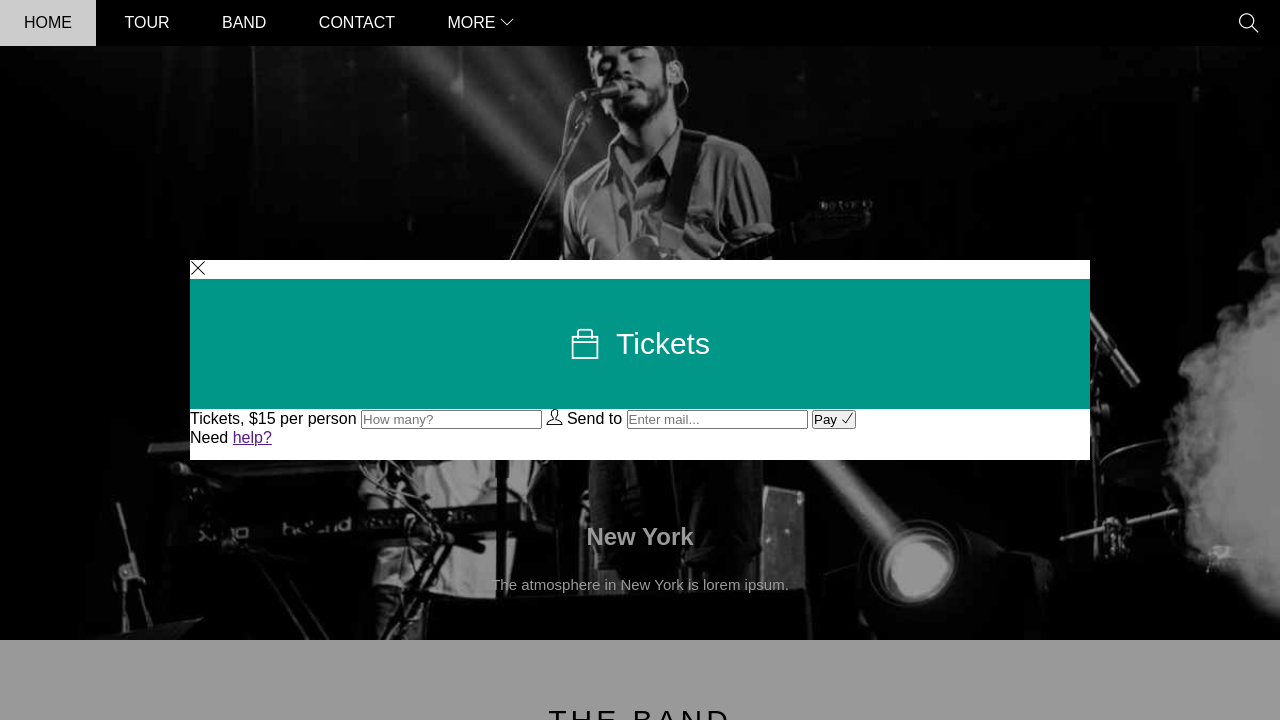
Repository: maivannhan1998/git-w3band
Page: index.html
These files come from the project's save history. The page is drawn as it stood at one moment and after the next save; the edit follows.
The browser window is 1280 px wide. The pictures show the window.
A layer covers the whole window, so only the first screen is drawn.

Above is the page before, as saved 2021-09-06 19:58:12.

### index.html
<!DOCTYPE html>
<html lang="en">
<head>
    <meta charset="UTF-8">
    <meta http-equiv="X-UA-Compatible" content="IE=edge">
    <meta name="viewport" content="width=device-width, initial-scale=1.0">
    <title>Document</title>
    <link rel="stylesheet" href="./asset/css/style.css">
    <link rel="stylesheet" href="./asset/fontss/themify-icons/themify-icons.css">
</head>
<body>
    <div id="main">
        <div id="header">
            <!-- Begin: nav -->
            <ul id="nav">
                <li><a href="">Home</a></li>
                <li><a href="">Tour</a></li>
                <li><a href="">Band</a></li>
                <li><a href="">Contact</a></li>
                <li><a href="">
                    More
                    <i class="nav-arrow-down ti-angle-down"></i>
                </a>
                    <ul class="subnav">
                        <li><a href="">Merchandise</a></li>
                        <li><a href="">Extras</a></li>
                        <li><a href="">Media</a></li>
                    </ul>
                </li>
            </ul>
            <!-- End: nav -->

            <!-- Begin: Search button -->
            <div class="search-btn">
                <i class="search-icon ti-search"></i>
            </div>
            <!-- End: Search button -->


        </div>

        <div id="slider">
            <div class="text-content">
                <h2 class="text-heading">New York</h2>
                <div class="text-des">The atmosphere in New York is lorem ipsum.</div>
            </div>
        </div>

        <div id="content">
            <!-- About section -->
            <div class="content-section">
                <h2 class="heading-section">THE BAND</h2>
                <p class="heading-sub-section">We love music</p>
                <p class="about-text">We have created a fictional band website. Lorem ipsum dolor sit amet, consectetur adipiscing elit, sed do eiusmod tempor incididunt ut labore et dolore magna aliqua. Ut enim ad minim veniam, quis nostrud exercitation ullamco laboris nisi ut aliquip ex ea commodo consequat. Duis aute irure dolor in reprehenderit in voluptate velit esse cillum dolore eu fugiat nulla pariatur. Excepteur sint occaecat cupidatat non proident, sunt in culpa qui officia deserunt mollit anim id est laborum consectetur adipiscing elit, sed do eiusmod tempor incididunt ut labore et dolore magna aliqua. Ut enim ad minim veniam, quis nostrud exercitation ullamco laboris nisi ut aliquip ex ea commodo consequat.</p>
                <div class="row members-list">
                    <div class="col col-third text-center">
                         <p class="member-name">Name</p>
                         <img src="/asset/img/band/member1.jpg" alt="Name" class="member-img">
                    </div>
                    <div class="col col-third text-center">
                        <p class="member-name">Name</p>
                        <img src="/asset/img/band/member1.jpg" alt="Name" class="member-img">
                   </div>
                   <div class="col col-third text-center">
                        <p class="member-name">Name</p>
                        <img src="/asset/img/band/member1.jpg" alt="Name" class="member-img">
                    </div>


                </div>
            </div>

            <!--Tour section  -->
            <div class="tour-section">

                <div class="content-section">
                    <h2 class="heading-section text-white">TOUR DATES</h2>
                    <p class="heading-sub-section text-white">Remember to book your tickets!</p>
                    <ul class="tickets-list">
                        <li>September<span class="sold-out">Sold out</span></li>
                        <li>October<span class="sold-out">Sold out</span></li>
                        <li>November<span class="quanity">3</span></li>
                    </ul>

                    <!-- Place section -->
                    <div class="row places-list">
                        <div class="col col-third ">
                            <img src="/asset/img/places/newyork.jpg" alt="New York" class="place-img">
                            <div class="place-content">
                                <h3 class="place-heading">New York</h3>
                                <p class="place-time">Fri 27 Nov 2016</p>
                                <p class="place-des">Praesent tincidunt sed tellus ut rutrum sed vitae justo.</p>
                                <a href="#" class="place-buy-btn">Buy Tickets</a>
                            </div>
                        </div>

                        <div class=" col col-third ">
                            <img src="/asset/img/places/paris.jpg" alt="Paris" class="place-img">
                            <div class="place-content">
                                <h3 class="place-heading">Paris</h3>
                                <p class="place-time">Sat 28 Nov 2016</p>
                                <p class="place-des">Praesent tincidunt sed tellus ut rutrum sed vitae justo.</p>
                                <a href="#" class="place-buy-btn">Buy Tickets</a>
                            </div>
                        </div>

                        <div class=" col col-third ">
                            <img src="/asset/img/places/sanfran.jpg" alt="San Francisco" class="place-img">
                            <div class="place-content">
                                <h3 class="place-heading">San Francisco</h3>
                                <p class="place-time">Sun 29 Nov 2016</p>
                                <p class="place-des">Praesent tincidunt sed tellus ut rutrum sed vitae justo.</p>
                                <a href="#" class="place-buy-btn">Buy Tickets</a>
                            </div>
                        </div>


                    </div>
                </div>


            </div>

            <!-- Contact section -->

            <div class="content-section">
                <h2 class="heading-section">CONTACT</h2>
                <p class="heading-sub-section">Fan? Drop a note!</p>


                <div class="row contact-content">
                    <div class="col col-half contact-info">
                           <p><i class="ti-location-pin"></i>Chicago, US</p>
                           <p><i class="ti-mobile"></i>Phone: +00 151515</p>
                           <p><i class="ti-email"></i>Email: mail@mail.com</p>
                    </div>
                    <div class="col col-half contact-form">
                        <form action="">
                            <div class="row">
                                   <div class="col col-half">
                                       <input type="text" name="" placeholder="Name" required  id="contact-name" class="form-control">
                                   </div>
                                   <div class="col col-half">
                                       <input type="email" name="" placeholder="Email" required id="contact-email" class="form-control">
                                   </div>
                                   <!-- <div class="clear"></div> -->
                            </div>
                            <div class="row mt-8">
                               <div class="col col-full">
                                   <input type="text" name="" placeholder="Message" id="contact-message" required class="form-control">
                               </div>
                            </div>
                            <input class="form-submit-btn mt-16" type="submit" value="SEND">

                        </form>
                    </div>
                </div>
            </div>

            <!-- End contact section -->

            <div class="map-section">
                <img src="./asset/img/map.jpg" alt="Map">
            </div>



        </div>

        <div id="footer">
            <div class="social-list">
                <a href=""><i class="ti-facebook"></i></a>
                <a href=""><i class="ti-instagram"></i></a>
                <a href=""><i class="ti-github"></i></a>
                <a href=""><i class="ti-pinterest"></i></a>
                <a href=""><i class="ti-twitter"></i></a>
                <a href=""><i class="ti-linkedin"></i></a>
            </div>
            <p class="copyright">Powered by <a href="">w3.css</a></p>
        </div>
    </div>

    <div class="modal">
        <div class="modal-container">
            <div class="modal-close">
                <i class="ti-close"></i>
            </div>
            <header class="modal-header">
                <i class="modal-tibag-icon ti-bag"></i>
                Tickets
            </header>

            <div class="modal-body">
                <label for="" class="modal-label">
                    <i class="ti-shoping-cart"></i>
                    Tickets, $15 per person
                </label>
                <input type="text" class="modal-input" placeholder="How many?">

                <label for="" class="modal-label">
                    <i class="ti-user"></i>
                    Send to
                </label>
                <input type="email" class="modal-input" placeholder="Enter mail...">

                <button id="buy-tickets">
                    Pay <i class="ti-check"></i>
                </button>


            </div>

            <footer class="modal-footer">
                <p class="modal-help">Need <a href="">help?</a></p>
            </footer>
        </div>
    </div>

</body>
</html>

### asset/css/style.css
/* Reset CSS*/
*{
    padding: 0;
    margin: 0;
    box-sizing: border-box;
}

/* common */

.row {
    margin-left: -8px;
    margin-right: -8px;
}

.row::after {
    content: "";
    display: block;
    clear: both;
}

.col {
    float: left;
    padding-left: 8px;
    padding-right: 8px;
}

.col-third {
    width: 33.33333%;
}

.col-half {
    width: 50%;
}

.col-full {
    width: 100%;
}

.text-center {
    text-align: center !important;
}

.clear {
    clear: both;
}

.text-white {
    color: #fff !important;
}

.mt-8 {
    margin-top: 8px;
}

.mt-16 {
    margin-top: 16px;
}

html{
    font-family: Arial, Helvetica, sans-serif;

}

#main{

}

#header{
    position: fixed;
    top: 0;
    left: 0;
    right: 0;
    height: 46px;
    background-color: #000;
    z-index: 1;
}

#nav {
    display: inline-block ;
}

#nav, .subnav {
    list-style-type: none;
}

#nav > li {
    display: inline-block;
}

#nav li{
    position: relative;

}

#nav > li > a {
    color: #fff;
    text-transform: uppercase;
}

#nav li a {
    padding: 0 24px;
    line-height: 46px;
    display: block;
    text-decoration: none;
}
#nav .subnav li:hover a,
#nav > li:hover > a {
    color: #000;
    background-color: #ccc;
}

#nav .subnav {
    display: none;
    position: absolute;
    top: 100%;
    left: 0;
    min-width: 160px;
    background-color: #fff;
    box-shadow: 0 0 10px rgba(0, 0, 0, 0.3);
}

#nav .subnav a {
    color: #000;
    background-color: #fff;
    padding: 0 12px;
    line-height: 38px;

}

#nav li:hover .subnav {
    display: block;
}

.nav-arrow-down {
    font-size: 14px;
}

#header .search-btn {
    float: right;
    padding: 0px 21px;

}

#header .search-btn:hover {
    cursor: pointer;
    background-color: #f44336;
}

#header .search-icon {
    color: #fff;
    font-size: 20px;
    line-height: 46px;
}

#slider{
   /* margin-top: 46px; */
   /* chỉ số % chiều ngang của chính nó (chiều cao lun bằng 1/2 chiều ngang) */
   position: relative;
   padding-top: 50%;
   background: url('/asset/img/slider/slider1.jpg') top center / cover no-repeat;
}

#slider .text-content {
    position: absolute;
    bottom: 47px;
    color: #fff;
    width: 100%;
    /* left: 50%;
   transform: translateX(-50%); */
   text-align: center;

}

#sider .text-heading {
    font-weight: 500;
    font-size: 24px;
}

#slider .text-des {
    font-size: 15px;
    margin-top: 25px;
}

#content{

}

#content .content-section {
    width: 800px;
   padding: 64px 0 112px;
   margin-left: auto;
   margin-right: auto;

}

#content .heading-section {
    text-align: center;
    font-size: 30px;
    font-weight: 500;
    letter-spacing: 4px;
}

#content .heading-sub-section {
    text-align: center;
    font-size: 15px;
    margin-top: 25px;
    font-style: italic;
    opacity: 0.6;
}

#content .about-text {
    margin-top: 25px;
    text-align: justify;
    font-size: 15px;
    line-height: 1.5;
}

#content .members-list {
    margin-top: 48px;
}



#content .member-name {
    font-size: 15px;
}

#content .member-img {
    width: 154px;
    margin-top: 15px ;
    border-radius: 4px;

}

/* tour section */

.tour-section {
    background-color: #000;
}

.tickets-list {
    margin-top: 40px;
    list-style-type: none;
    background-color: #fff;

}

.tickets-list li {
    color: #757575;
    font-size: 15px;
    padding: 11px 16px;
    border-bottom: 1px solid #ccc;
}

.tickets-list .sold-out {
    color: #fff;
    background-color: #f44336;
    padding: 4px 4px;
    margin-left: 16px;
}

.tickets-list .quanity {
    float: right;
    color: #fff;
    background-color: #000;
    width: 24px;
    height: 24px;
    border-radius: 50%;
    text-align: center;
    margin-top: -3px;
    line-height: 24px;
}

.places-list {
    margin-top: 32px;

}

.place-img{
    width: 100%;
    display: block;
}

.place-img:hover {
    opacity: 0.6;
}

.place-content{
background-color: #fff;
padding: 16px;
font-size: 15px;
}

.place-heading{
    font-size: 15px;
}

.place-time{
    margin-top: 15px;
    color: #757575;
}

.place-des{
    margin: 15px 0;
    line-height: 1.4;
}

.place-buy-btn{
    color: #fff;
    background-color: #000;
    text-decoration: none;
    padding: 11px 16px;
    display: inline-block;
}

.place-buy-btn:hover {
    color: #000;
    background-color: #ccc;
}

/* contact form */

.contact-content {
    margin-top: 48px;
}

.contact-info {
    font-size: 18px;
}

.contact-info i[class*="ti-"]{
    width: 30px;
    display: inline-block;
    line-height: 1.5;
}

.contact-form {
    font-size: 15px;
}

.contact-form .form-control {
    padding: 10px;
    border: 1px solid #ccc;
    width: 100%;
}

.form-submit-btn {
    padding: 10px 16px;
    float: right;
    color: #fff;
    background: #000;
    border: none;
}

.form-submit-btn:hover {
    color: #000;
    background-color: #ccc;
}

.map-section img {
    width: 100%;
}

/* Footer section */

#footer{
    padding: 64px 16px;
    text-align: center;
}

#footer .social-list {
    font-size: 24px;
}

#footer .social-list a {
    color: rgba(0, 0, 0, 0.6);
    text-decoration: none;
}
#footer .copyright a:hover,
#footer .social-list a:hover {
    color: rgba(0, 0, 0, 0.4);
}
#footer .copyright a {
    margin-top: 15px;
    color: rgba(0, 0, 0, 0.6);
}

.modal {
    position: fixed;
    top: 0;
    left: 0;
    right: 0;
    bottom: 0;
    background-color: rgba(0, 0, 0, 0.4);
    display: flex;
    align-items: center;
    justify-content: center;
}

.modal-container {
    background: #fff;
    width: 900px;
    min-height: 200px;
    position: relative;
}

header.modal-header {
    display: flex;
    align-items: center;
    justify-content: center;
    font-size: 30px;
    color: #fff;
    background-color: #009688;
    min-height: 130px;
}

.modal-tibag-icon {
    margin-right: 16px;
}

..modal-close {
    position: absolute;
    right: 0;
    top: 0;
    padding: 17px 15px;
    color: #fff;
    cursor: pointer;
    font-size: 24px;
}

Loaded but not shown: asset/fontss/themify-icons/themify-icons.css (common file)

After the next save:
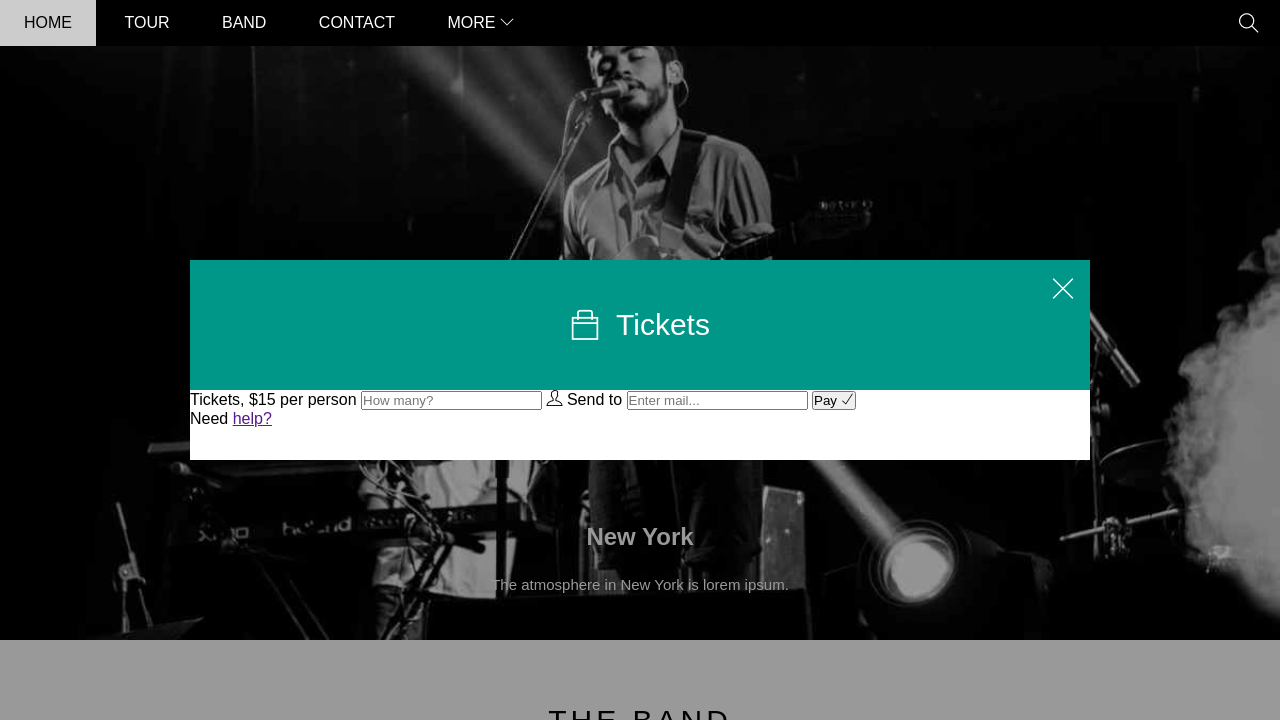
Saved 9 s later.
--- a/asset/css/style.css
+++ b/asset/css/style.css
@@ -418,7 +418,7 @@
     margin-right: 16px;
 }
 
-..modal-close {
+.modal-close {
     position: absolute;
     right: 0;
     top: 0;
